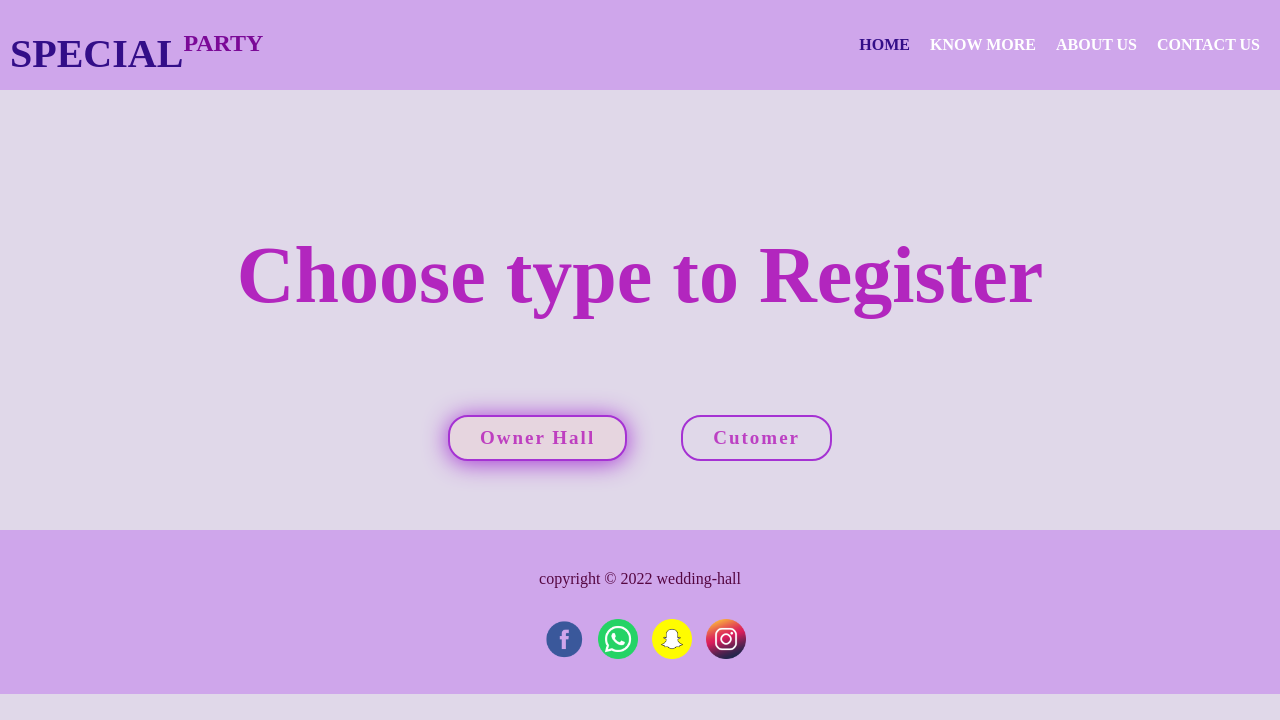
Repository: special4Party/Graduation-project-wedding-hall
Page: http://localhost/include/temp/choosing_type_signup.html
An editor plug-in stored every save of this project. The page is shown before and after the next save, followed by the edit.
The browser window is 1280 px wide. The pictures show the whole page.
The pointer rests on the first visible `.btn`.
The page is run by PHP 8.4 with error messages shown; the project is at /var/www/html/.

Above is the page before, as saved 2022-04-14 14:43:13.

After the next save:
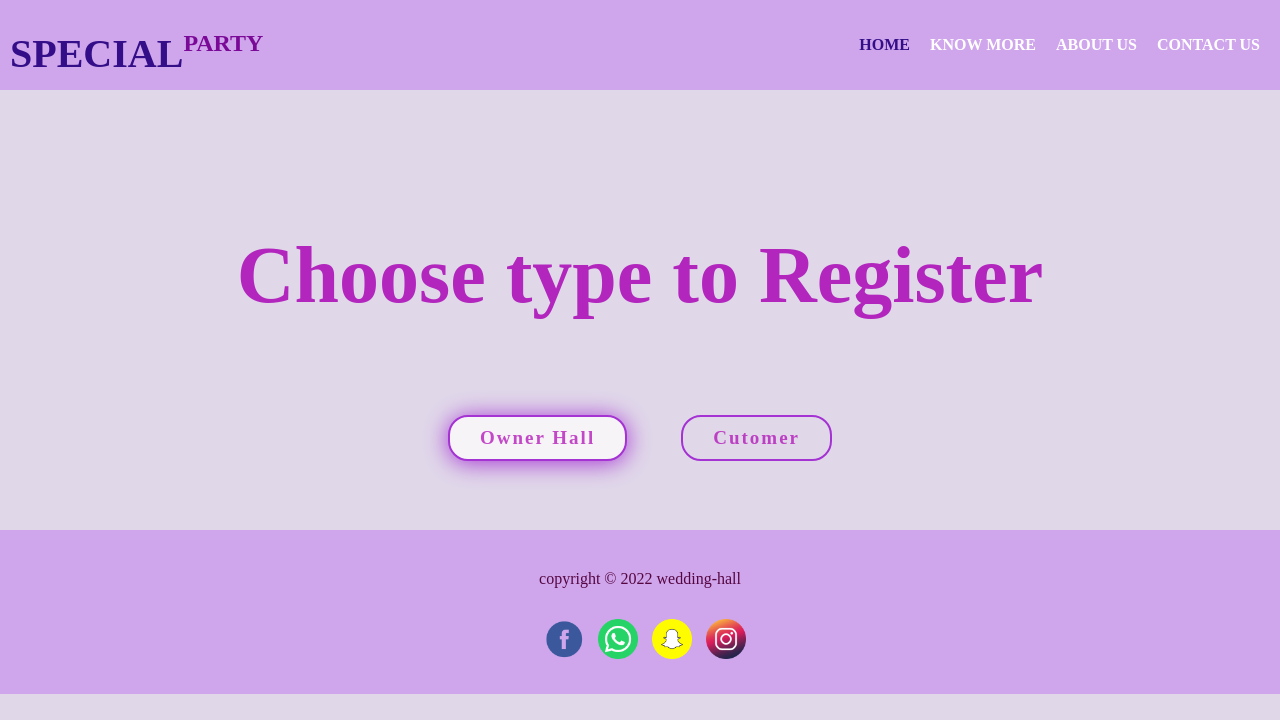
Saved 19 s later.
--- a/layout/css/type_signup.css
+++ b/layout/css/type_signup.css
@@ -81,7 +81,7 @@ body{
     border-radius: 20px;
 }
 .btn:hover{
-    background-color: rgb(230, 213, 223);
+    background-color: rgb(246, 244, 247);
     box-shadow: 0px 2px 25px #a532d3;
 
 }
